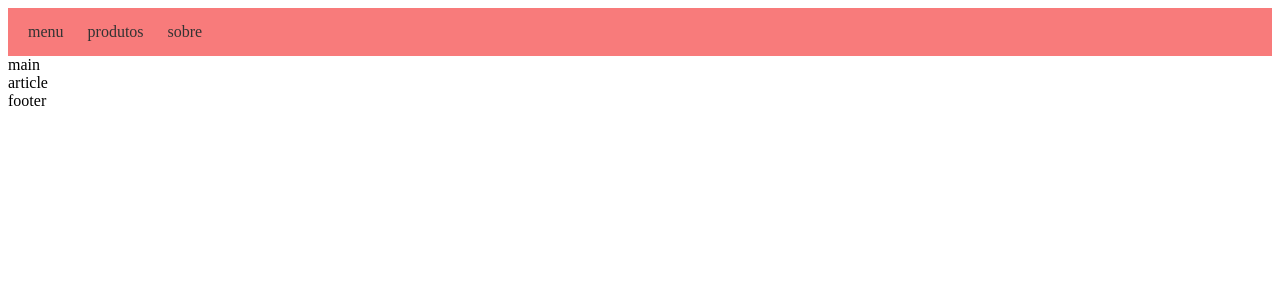
Repository: rafael-beeb/blog-not
Page: myblog/html/index.html
An editor plug-in stored every save of this project. The page is shown before and after the next save, followed by the edit.
The browser window is 1280 px wide. The pictures show the whole page.

Above is the page before, as saved 2024-09-19 09:09:13.

After the next save:
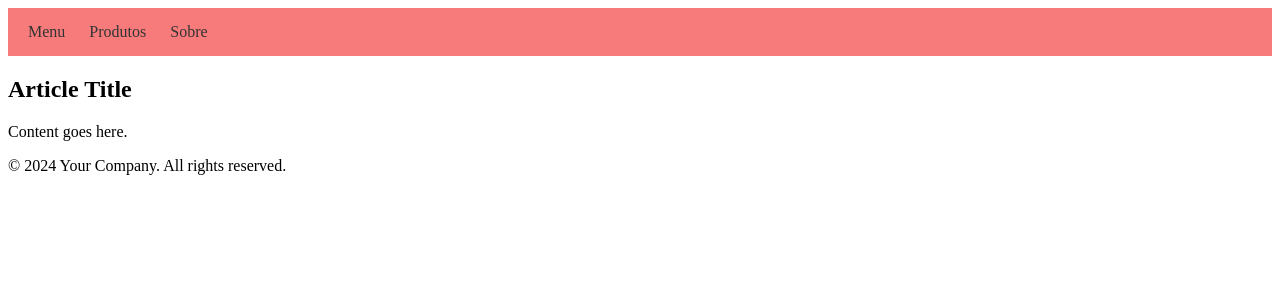
Saved 12 s later.
--- a/myblog/html/index.html
+++ b/myblog/html/index.html
@@ -9,18 +9,19 @@
 <body>
     <header>
         <nav>
-            <a href="">menu</a>
-            <a href="">produtos</a>
-            <a href="">sobre</a>
+            <a href="#menu">Menu</a>
+            <a href="#produtos">Produtos</a>
+            <a href="#sobre">Sobre</a>
         </nav>
     </header>
-    <main>main
-
+    <main>
         <article>
-            article
+            <h1>Article Title</h1>
+            <p>Content goes here.</p>
         </article>
     </main>
-
-    <footer>footer</footer>
+    <footer>
+        <p>&copy; 2024 Your Company. All rights reserved.</p>
+    </footer>
 </body>
 </html>
